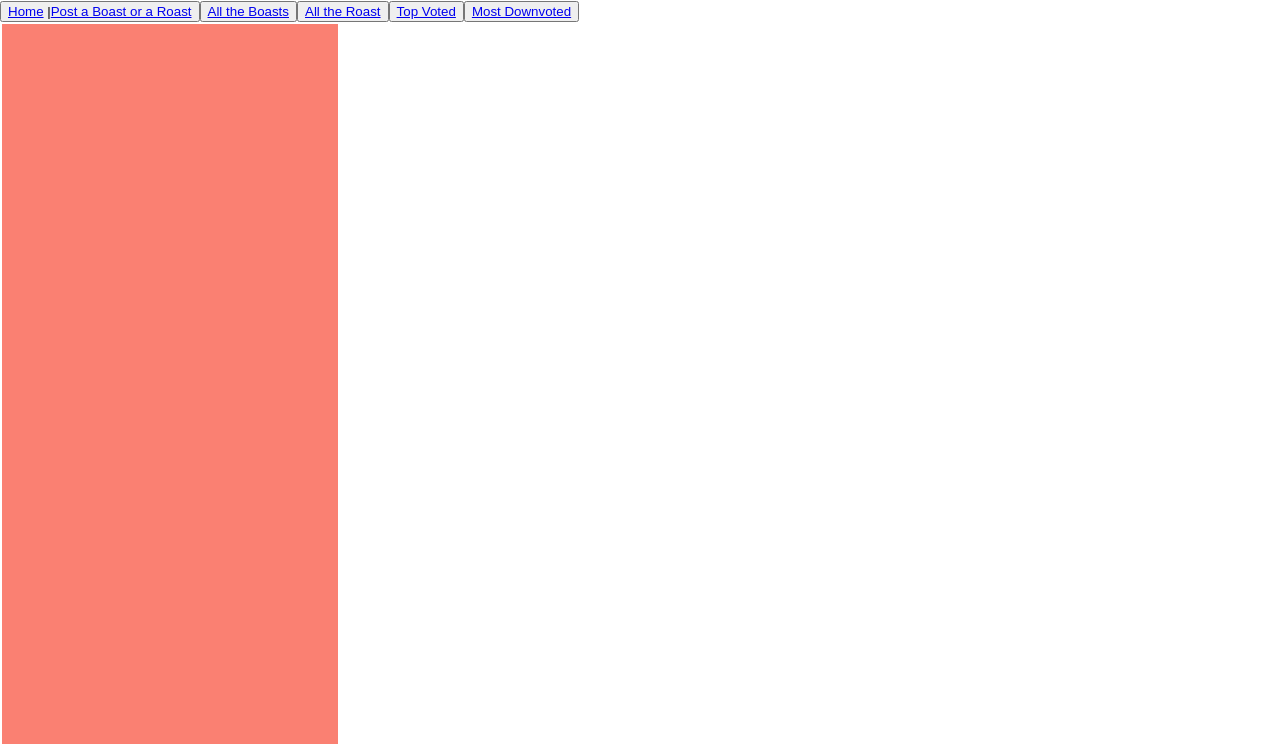
Repository: Imraj423/GhostPost_front-end
Page: /
The author's editor kept a copy of each file at every save. The page is drawn from the files as they stood at one save, then again after the next save.
The browser window is 1280 px wide. The pictures show the whole page.
The page's requests for data from a server got no answer. The project was rebuilt for these pictures with package versions that can differ from the ones it lists, and the page was loaded fresh each time. No one was signed in, and anything a server would have sent is missing. Also part of the build but not shown: src/components/CreatePost/post.js, src/components/Form/form.js.

Above is the page before, as saved 2020-04-03 10:47:51.

### src/App.js
import React, { Component } from "react";
import PostList from "./components/PostView/postlist";
import Form from "./components/Form/form";
import Main from "./components/Home/main";
import { Route } from "react-router-dom";

class App extends Component {
  state = {
    ghostpost: [],
    input: "",
    boast: ""
  };
  componentDidMount() {
    fetch("http://localhost:8000/api/ghostpost/")
      .then(res => {
        return res.json();
      })
      .then(data => {
        this.setState({ ghostpost: data });
      });
  }

  handleChange = event => {
    this.setState({ input: event.target.value });
  };

  render() {
    return (
      <React.Fragment>
        <Route exact path="/" render={() => <Main />} />
        <Route exact path="/form" render={() => <Form />} />

        <Route
          exact
          path="/boasts"
          render={() => (
            <PostList
              ghostpost={this.state.ghostpost.filter(
                posts => posts.is_Boast === true
              )}
            />
          )}
        />

        <Route
          exact
          path="/roasts"
          render={() => (
            <PostList
              ghostpost={this.state.ghostpost.filter(
                posts => posts.is_Boast === false
              )}
            />
          )}
        />

        <Route
          exact
          path="/upvotes"
          render={() => (
            <PostList
              ghostpost={this.state.ghostpost.sort((x, y) => {
                return y.total_count - x.total_count;
              })}
            />
          )}
        />

        <Route
          exact
          path="/downvotes"
          render={() => (
            <PostList
              ghostpost={this.state.ghostpost.sort((x, y) => {
                return x.total_count - y.total_count;
              })}
            />
          )}
        />
      </React.Fragment>
    );
  }
}

export default App;

### src/components/PostView/postlist.js
import React, { Component } from 'react';
import Post from '../CreatePost/post';
import Navi from '../NavBar/nav';
import { Container, Card } from 'react-bootstrap';
import './styles.scss'


export default class PostList extends Component {

    render() {
        return (
            <Container >
                <Navi />
                <Card className="box">
                <Card.Body>
                {this.props.ghostpost.map(messages =>
                    <Post
                    id={messages.id}
                    message={messages.message}
                    time={messages.time}
                    total_count={messages.total_count}
                    />
                )}
                </Card.Body>
                </Card>

            </Container>
        )
    }
}

### src/components/Home/main.js
import React from 'react';
import PostList from "../PostView/postlist";

export default class Main extends React.Component {
      state = {
            ghostpost: [],
            input: "",
            boast: ""
          };
          componentDidMount() {
              fetch("http://localhost:8000/api/ghostpost/")
                .then(res => {
                    return res.json();
                  })
                  .then(data => {
                      this.setState({ ghostpost: data });
                    });
                }

                handleChange = event => {
                    this.setState({ input: event.target.value });
                  };
            render() {
          return(
              <React.Fragment>
              <PostList ghostpost ={this.state.ghostpost}/>
              </React.Fragment>
          )
      }
    }

### src/components/NavBar/nav.js
import React from "react";
import { Button } from "reactstrap";

export default function Navi() {

    return (
      <div className="navbar">
        <Button>
          <a href="/">Home</a> |<a href="/form">Post a Boast or a Roast</a>
        </Button>
        <Button>
          <a href="/boasts">All the Boasts</a>
        </Button>
        <Button>
          <a href="/roasts">All the Roast</a>
        </Button>
        <Button>
          <a href="/upvotes">Top Voted</a>
        </Button>
        <Button>
          <a href="/downvotes">Most Downvoted</a>
        </Button>
      </div>
    );
  }

### src/components/PostView/styles.scss
// .box {
//     background: #2B2B2B;
//     padding: 32px;
//     border: 1px solid black;
// }

.box {
    border: solid 2px white;
    padding: 40px;
    height: calc(100vh - 80px);
    width: 20vw;
    min-height: 100px;
    background: salmon;
}

Loaded but not shown: public/index.html (common file); src/index.js (common file); src/index.css (common file); src/serviceWorker.js (common file)

After the next save:
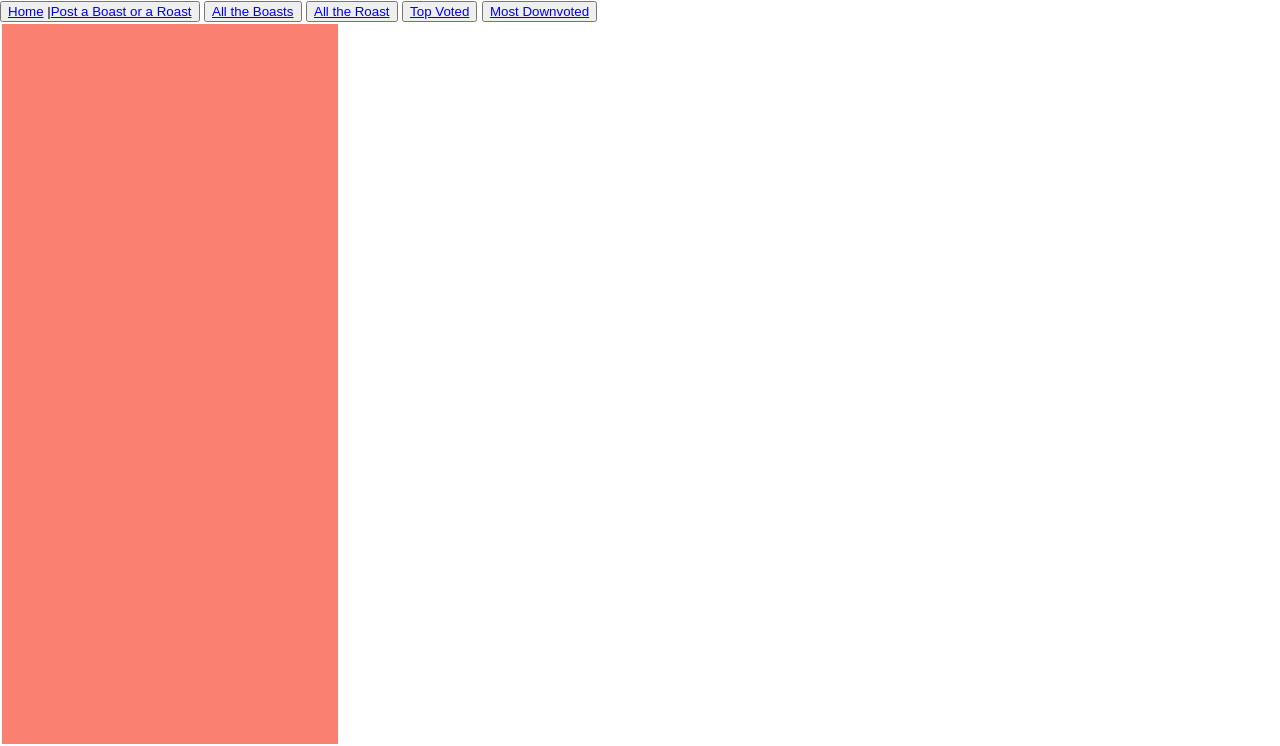
Saved 76 s later.
--- a/src/components/NavBar/nav.js
+++ b/src/components/NavBar/nav.js
@@ -8,15 +8,19 @@ export default function Navi() {
         <Button>
           <a href="/">Home</a> |<a href="/form">Post a Boast or a Roast</a>
         </Button>
+        &nbsp;
         <Button>
           <a href="/boasts">All the Boasts</a>
         </Button>
+        &nbsp;
         <Button>
           <a href="/roasts">All the Roast</a>
         </Button>
+        &nbsp;
         <Button>
           <a href="/upvotes">Top Voted</a>
         </Button>
+        &nbsp;
         <Button>
           <a href="/downvotes">Most Downvoted</a>
         </Button>
